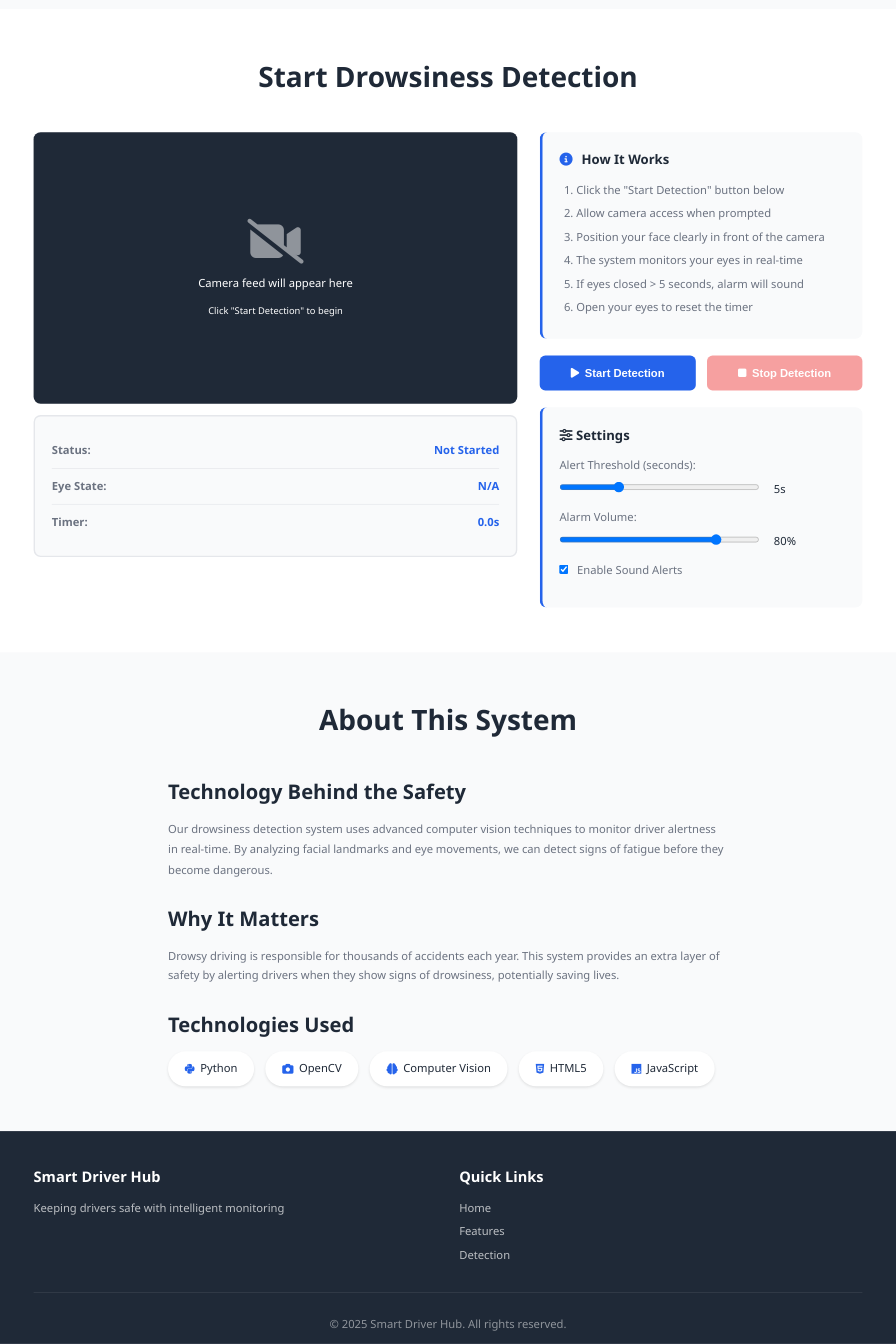
Repository: shravanramakunja/drowsy-detector
Page: web/index.html
These files come from the project's save history. The page is drawn as it stood at one moment and after the next save; the edit follows.
The browser window is 1280 px wide. The pictures show the part of the page from y = 1587 to 3507 px (the page is 3507 px tall before and 3449 px after), at 70% of full size.

Above is the page before, as saved 2025-10-16 14:46:30.

### web/index.html
<!DOCTYPE html>
<html lang="en">
<head>
    <meta charset="UTF-8">
    <meta name="viewport" content="width=device-width, initial-scale=1.0">
    <title>Smart Driver Hub - Drowsiness Detection</title>
    <link rel="stylesheet" href="styles.css">
    <link rel="stylesheet" href="https://cdnjs.cloudflare.com/ajax/libs/font-awesome/6.4.0/css/all.min.css">
</head>
<body>
    <div class="container">
        <!-- Header -->
        <header class="header">
            <div class="logo">
                <i class="fas fa-car"></i>
                <h1>Smart Driver Hub</h1>
            </div>
            <nav class="nav">
                <a href="#home" class="nav-link active">Home</a>
                <a href="#features" class="nav-link">Features</a>
                <a href="#detection" class="nav-link">Detection</a>
                <a href="#about" class="nav-link">About</a>
            </nav>
        </header>

        <!-- Hero Section -->
        <section id="home" class="hero">
            <div class="hero-content">
                <h2 class="hero-title">Drive Safe, Stay Alert</h2>
                <p class="hero-subtitle">Real-time drowsiness detection system to keep you safe on the road</p>
                <div class="hero-stats">
                    <div class="stat">
                        <i class="fas fa-shield-alt"></i>
                        <h3>100%</h3>
                        <p>Safety First</p>
                    </div>
                    <div class="stat">
                        <i class="fas fa-clock"></i>
                        <h3>Real-time</h3>
                        <p>Detection</p>
                    </div>
                    <div class="stat">
                        <i class="fas fa-bell"></i>
                        <h3>Instant</h3>
                        <p>Alerts</p>
                    </div>
                </div>
            </div>
        </section>

        <!-- Features Section -->
        <section id="features" class="features">
            <h2 class="section-title">Key Features</h2>
            <div class="features-grid">
                <div class="feature-card">
                    <i class="fas fa-eye"></i>
                    <h3>Eye Tracking</h3>
                    <p>Advanced eye detection using OpenCV to monitor your alertness</p>
                </div>
                <div class="feature-card">
                    <i class="fas fa-stopwatch"></i>
                    <h3>5-Second Detection</h3>
                    <p>Triggers alarm if eyes are closed for more than 5 seconds</p>
                </div>
                <div class="feature-card">
                    <i class="fas fa-volume-up"></i>
                    <h3>Audio Alerts</h3>
                    <p>Loud alarm sound to wake you up immediately</p>
                </div>
                <div class="feature-card">
                    <i class="fas fa-video"></i>
                    <h3>Live Video Feed</h3>
                    <p>Real-time camera monitoring with visual indicators</p>
                </div>
                <div class="feature-card">
                    <i class="fas fa-chart-line"></i>
                    <h3>Timer Display</h3>
                    <p>Shows countdown of how long eyes have been closed</p>
                </div>
                <div class="feature-card">
                    <i class="fas fa-cog"></i>
                    <h3>Easy to Use</h3>
                    <p>Simple interface with quick start and stop controls</p>
                </div>
                <!-- Fuel efficiency quick card -->
                <div class="feature-card">
                    <i class="fas fa-gas-pump"></i>
                    <h3>Fuel Efficiency Predictor</h3>
                    <p>Quickly estimate fuel efficiency based on vehicle data (demo)</p>
                    <button class="btn btn-secondary" id="predictBtn" onclick="openFuelModal()">Predict Fuel Efficiency</button>
                </div>
            </div>
        </section>

        <!-- Detection Section -->
        <section id="detection" class="detection">
            <h2 class="section-title">Start Drowsiness Detection</h2>
            <div class="detection-container">
                <div class="video-section">
                    <div class="video-placeholder" id="videoPlaceholder">
                        <i class="fas fa-video-slash"></i>
                        <p>Camera feed will appear here</p>
                        <small>Click "Start Detection" to begin</small>
                    </div>
                    <div class="status-panel">
                        <div class="status-item">
                            <span class="status-label">Status:</span>
                            <span class="status-value" id="statusValue">Not Started</span>
                        </div>
                        <div class="status-item">
                            <span class="status-label">Eye State:</span>
                            <span class="status-value" id="eyeState">N/A</span>
                        </div>
                        <div class="status-item">
                            <span class="status-label">Timer:</span>
                            <span class="status-value" id="timerValue">0.0s</span>
                        </div>
                    </div>
                </div>

                <div class="control-section">
                    <div class="info-box">
                        <h3><i class="fas fa-info-circle"></i> How It Works</h3>
                        <ol>
                            <li>Click the "Start Detection" button below</li>
                            <li>Allow camera access when prompted</li>
                            <li>Position your face clearly in front of the camera</li>
                            <li>The system monitors your eyes in real-time</li>
                            <li>If eyes closed &gt; 5 seconds, alarm will sound</li>
                            <li>Open your eyes to reset the timer</li>
                        </ol>
                    </div>

                    <div class="button-group">
                        <button class="btn btn-primary" id="startBtn" onclick="startDetection()">
                            <i class="fas fa-play"></i> Start Detection
                        </button>
                        <button class="btn btn-danger" id="stopBtn" onclick="stopDetection()" disabled>
                            <i class="fas fa-stop"></i> Stop Detection
                        </button>
                    </div>

                    <div class="settings-box">
                        <h3><i class="fas fa-sliders-h"></i> Settings</h3>
                        <div class="setting-item">
                            <label for="thresholdSlider">Alert Threshold (seconds):</label>
                            <input type="range" id="thresholdSlider" min="3" max="10" value="5" step="1">
                            <span id="thresholdValue">5</span>s
                        </div>
                        <div class="setting-item">
                            <label for="volumeSlider">Alarm Volume:</label>
                            <input type="range" id="volumeSlider" min="0" max="100" value="80" step="10">
                            <span id="volumeValue">80</span>%
                        </div>
                        <div class="setting-item">
                            <label>
                                <input type="checkbox" id="soundToggle" checked>
                                Enable Sound Alerts
                            </label>
                        </div>
                    </div>

                    <div class="alert-box" id="alertBox" style="display: none;">
                        <i class="fas fa-exclamation-triangle"></i>
                        <strong>DROWSINESS ALERT!</strong>
                        <p>Wake up! Your eyes have been closed too long.</p>
                    </div>
                </div>
            </div>
        </section>

        <!-- Fuel Prediction Modal -->
        <div id="fuelModal" class="modal" style="display:none;">
            <div class="modal-content">
                <span class="close" onclick="closeFuelModal()">&times;</span>
                <h3>Predict Fuel Efficiency (Demo)</h3>
                <p>Enter basic vehicle info to see a demo estimate.</p>
                <div class="form-grid">
                    <label>Engine Size (L)</label>
                    <input id="engineSize" type="number" step="0.1" value="2.0">
                    <label>Vehicle Weight (kg)</label>
                    <input id="vehicleWeight" type="number" value="1500">
                    <label>Horsepower (HP)</label>
                    <input id="horsepower" type="number" value="140">
                    <label>Transmission (0=Auto,1=Manual)</label>
                    <input id="transmission" type="number" value="0">
                    <label>Vehicle Type</label>
                    <select id="vehicleType">
                        <option value="sedan" selected>Sedan</option>
                        <option value="suv">SUV</option>
                        <option value="hatchback">Hatchback</option>
                        <option value="truck">Truck</option>
                        <option value="coupe">Coupe</option>
                        <option value="electric">Electric</option>
                    </select>
                </div>
                <div class="progress-bar" id="predictProgress" style="display:none;">
                    <div class="progress-fill" id="progressFill" style="width:0%"></div>
                </div>
                <div class="result-box" id="predictResult" style="display:none;">
                    <h4>Estimated Fuel Efficiency</h4>
                    <p id="fuelValue">-- km/l</p>
                    <div class="result-stats">
                        <div>City: <strong id="cityVal">--</strong></div>
                        <div>Highway: <strong id="highwayVal">--</strong></div>
                    </div>
                </div>
                <div class="modal-actions">
                    <button class="btn btn-primary" onclick="runFuelPrediction()">Predict</button>
                    <button class="btn" onclick="resetFuelModal()">Reset</button>
                </div>
            </div>
        </div>

        <!-- About Section -->
        <section id="about" class="about">
            <h2 class="section-title">About This System</h2>
            <div class="about-content">
                <div class="about-text">
                    <h3>Technology Behind the Safety</h3>
                    <p>Our drowsiness detection system uses advanced computer vision techniques to monitor driver alertness in real-time. By analyzing facial landmarks and eye movements, we can detect signs of fatigue before they become dangerous.</p>

                    <h3>Why It Matters</h3>
                    <p>Drowsy driving is responsible for thousands of accidents each year. This system provides an extra layer of safety by alerting drivers when they show signs of drowsiness, potentially saving lives.</p>

                    <h3>Technologies Used</h3>
                    <ul class="tech-list">
                        <li><i class="fab fa-python"></i> Python</li>
                        <li><i class="fas fa-camera"></i> OpenCV</li>
                        <li><i class="fas fa-brain"></i> Computer Vision</li>
                        <li><i class="fab fa-html5"></i> HTML5</li>
                        <li><i class="fab fa-js"></i> JavaScript</li>
                    </ul>
                </div>
            </div>
        </section>

        <!-- Footer -->
        <footer class="footer">
            <div class="footer-content">
                <div class="footer-section">
                    <h4>Smart Driver Hub</h4>
                    <p>Keeping drivers safe with intelligent monitoring</p>
                </div>
                <div class="footer-section">
                    <h4>Quick Links</h4>
                    <a href="#home">Home</a>
                    <a href="#features">Features</a>
                    <a href="#detection">Detection</a>
                </div>

            </div>
            <div class="footer-bottom">
                <p>&copy; 2025 Smart Driver Hub. All rights reserved.</p>
            </div>
        </footer>
    </div>

    <script src="script.js"></script>
</body>
</html>

### web/styles.css
* {
    margin: 0;
    padding: 0;
    box-sizing: border-box;
}

:root {
    --primary-color: #2563eb;
    --secondary-color: #1e40af;
    --success-color: #10b981;
    --danger-color: #ef4444;
    --warning-color: #f59e0b;
    --dark: #1f2937;
    --light: #f9fafb;
    --gray: #6b7280;
    --border: #e5e7eb;
}

body {
    font-family: 'Segoe UI', Tahoma, Geneva, Verdana, sans-serif;
    line-height: 1.6;
    color: var(--dark);
    background: linear-gradient(135deg, #667eea 0%, #764ba2 100%);
    min-height: 100vh;
}

.container {
    max-width: 1400px;
    margin: 0 auto;
    background: white;
    box-shadow: 0 20px 60px rgba(0,0,0,0.3);
}

/* Header */
.header {
    display: flex;
    justify-content: space-between;
    align-items: center;
    padding: 1.5rem 3rem;
    background: linear-gradient(135deg, var(--primary-color), var(--secondary-color));
    color: white;
    box-shadow: 0 4px 6px rgba(0,0,0,0.1);
}

.logo {
    display: flex;
    align-items: center;
    gap: 1rem;
}

.logo i {
    font-size: 2rem;
}

.logo h1 {
    font-size: 1.8rem;
    font-weight: 700;
}

.nav {
    display: flex;
    gap: 2rem;
}

.nav-link {
    color: white;
    text-decoration: none;
    font-weight: 500;
    transition: all 0.3s;
    padding: 0.5rem 1rem;
    border-radius: 5px;
}

.nav-link:hover,
.nav-link.active {
    background: rgba(255,255,255,0.2);
}

/* Hero Section */
.hero {
    padding: 4rem 3rem;
    background: linear-gradient(135deg, #667eea 0%, #764ba2 100%);
    color: white;
    text-align: center;
}

.hero-title {
    font-size: 3rem;
    margin-bottom: 1rem;
    font-weight: 800;
}

.hero-subtitle {
    font-size: 1.3rem;
    margin-bottom: 3rem;
    opacity: 0.9;
}

.hero-stats {
    display: flex;
    justify-content: center;
    gap: 4rem;
    flex-wrap: wrap;
}

.stat {
    text-align: center;
}

.stat i {
    font-size: 3rem;
    margin-bottom: 1rem;
}

.stat h3 {
    font-size: 2rem;
    margin-bottom: 0.5rem;
}

/* Section Styles */
.section-title {
    text-align: center;
    font-size: 2.5rem;
    margin-bottom: 3rem;
    color: var(--dark);
    font-weight: 700;
}

/* Features Section */
.features {
    padding: 4rem 3rem;
    background: var(--light);
}

.features-grid {
    display: grid;
    grid-template-columns: repeat(auto-fit, minmax(300px, 1fr));
    gap: 2rem;
}

.feature-card {
    background: white;
    padding: 2rem;
    border-radius: 10px;
    box-shadow: 0 4px 6px rgba(0,0,0,0.1);
    transition: transform 0.3s, box-shadow 0.3s;
    text-align: center;
}

.feature-card:hover {
    transform: translateY(-5px);
    box-shadow: 0 10px 20px rgba(0,0,0,0.15);
}

.feature-card i {
    font-size: 3rem;
    color: var(--primary-color);
    margin-bottom: 1rem;
}

.feature-card h3 {
    font-size: 1.5rem;
    margin-bottom: 1rem;
    color: var(--dark);
}

.feature-card p {
    color: var(--gray);
}

/* Detection Section */
.detection {
    padding: 4rem 3rem;
    background: white;
}

.detection-container {
    display: grid;
    grid-template-columns: 1.5fr 1fr;
    gap: 2rem;
}

.video-section {
    display: flex;
    flex-direction: column;
    gap: 1rem;
}

.video-placeholder {
    background: var(--dark);
    color: white;
    aspect-ratio: 16/9;
    border-radius: 10px;
    display: flex;
    flex-direction: column;
    justify-content: center;
    align-items: center;
    gap: 1rem;
    padding: 2rem;
}

.video-placeholder i {
    font-size: 4rem;
    opacity: 0.5;
}

.status-panel {
    background: var(--light);
    padding: 1.5rem;
    border-radius: 10px;
    border: 2px solid var(--border);
}

.status-item {
    display: flex;
    justify-content: space-between;
    padding: 0.75rem 0;
    border-bottom: 1px solid var(--border);
}

.status-item:last-child {
    border-bottom: none;
}

.status-label {
    font-weight: 600;
    color: var(--gray);
}

.status-value {
    font-weight: 700;
    color: var(--primary-color);
}

.control-section {
    display: flex;
    flex-direction: column;
    gap: 1.5rem;
}

.info-box,
.settings-box {
    background: var(--light);
    padding: 1.5rem;
    border-radius: 10px;
    border-left: 4px solid var(--primary-color);
}

.info-box h3,
.settings-box h3 {
    margin-bottom: 1rem;
    color: var(--dark);
}

.info-box i {
    color: var(--primary-color);
    margin-right: 0.5rem;
}

.info-box ol {
    padding-left: 1.5rem;
}

.info-box li {
    margin-bottom: 0.5rem;
    color: var(--gray);
}

.button-group {
    display: flex;
    gap: 1rem;
}

.btn {
    flex: 1;
    padding: 1rem 2rem;
    border: none;
    border-radius: 8px;
    font-size: 1rem;
    font-weight: 600;
    cursor: pointer;
    transition: all 0.3s;
    display: flex;
    align-items: center;
    justify-content: center;
    gap: 0.5rem;
}

.btn:disabled {
    opacity: 0.5;
    cursor: not-allowed;
}

.btn-primary {
    background: var(--primary-color);
    color: white;
}

.btn-primary:hover:not(:disabled) {
    background: var(--secondary-color);
    transform: translateY(-2px);
    box-shadow: 0 4px 8px rgba(0,0,0,0.2);
}

.btn-danger {
    background: var(--danger-color);
    color: white;
}

.btn-danger:hover:not(:disabled) {
    background: #dc2626;
    transform: translateY(-2px);
    box-shadow: 0 4px 8px rgba(0,0,0,0.2);
}

.setting-item {
    margin-bottom: 1rem;
}

.setting-item label {
    display: block;
    margin-bottom: 0.5rem;
    color: var(--gray);
    font-weight: 500;
}

.setting-item input[type="range"] {
    width: 70%;
    margin-right: 1rem;
}

.setting-item input[type="checkbox"] {
    margin-right: 0.5rem;
}

.alert-box {
    background: var(--danger-color);
    color: white;
    padding: 1.5rem;
    border-radius: 10px;
    text-align: center;
    animation: pulse 1s infinite;
}

.alert-box i {
    font-size: 2rem;
    display: block;
    margin-bottom: 0.5rem;
}

@keyframes pulse {
    0%, 100% { opacity: 1; }
    50% { opacity: 0.7; }
}

/* About Section */
.about {
    padding: 4rem 3rem;
    background: var(--light);
}

.about-content {
    max-width: 800px;
    margin: 0 auto;
}

.about-text h3 {
    color: var(--dark);
    margin: 2rem 0 1rem;
    font-size: 1.8rem;
}

.about-text p {
    color: var(--gray);
    margin-bottom: 1.5rem;
    line-height: 1.8;
}

.tech-list {
    list-style: none;
    display: flex;
    flex-wrap: wrap;
    gap: 1rem;
}

.tech-list li {
    background: white;
    padding: 0.75rem 1.5rem;
    border-radius: 25px;
    box-shadow: 0 2px 4px rgba(0,0,0,0.1);
    display: flex;
    align-items: center;
    gap: 0.5rem;
}

.tech-list i {
    color: var(--primary-color);
}

/* Footer */
.footer {
    background: var(--dark);
    color: white;
    padding: 3rem 3rem 1rem;
}

.footer-content {
    display: grid;
    grid-template-columns: repeat(auto-fit, minmax(250px, 1fr));
    gap: 2rem;
    margin-bottom: 2rem;
}

.footer-section h4 {
    margin-bottom: 1rem;
    font-size: 1.3rem;
}

.footer-section a {
    display: block;
    color: rgba(255,255,255,0.7);
    text-decoration: none;
    margin-bottom: 0.5rem;
    transition: color 0.3s;
}

.footer-section a:hover {
    color: white;
}

.footer-section p {
    color: rgba(255,255,255,0.7);
    margin-bottom: 0.5rem;
}

.footer-section i {
    margin-right: 0.5rem;
}

.footer-bottom {
    text-align: center;
    padding-top: 2rem;
    border-top: 1px solid rgba(255,255,255,0.1);
    color: rgba(255,255,255,0.5);
}

/* Responsive Design */
@media (max-width: 768px) {
    .header {
        flex-direction: column;
        gap: 1rem;
    }

    .nav {
        flex-wrap: wrap;
        justify-content: center;
    }

    .hero-title {
        font-size: 2rem;
    }

    .detection-container {
        grid-template-columns: 1fr;
    }

    .button-group {
        flex-direction: column;
    }
}

/* Modal for fuel prediction */
.modal {
    position: fixed;
    z-index: 9999;
    left: 0;
    top: 0;
    width: 100%;
    height: 100%;
    overflow: auto;
    background-color: rgba(0,0,0,0.5);
    display: flex;
    align-items: center;
    justify-content: center;
}
.modal-content {
    background: white;
    padding: 1.5rem;
    border-radius: 10px;
    width: 520px;
    max-width: 95%;
    box-shadow: 0 10px 30px rgba(0,0,0,0.2);
}
.modal .close {
    float: right;
    font-size: 1.5rem;
    cursor: pointer;
}
.form-grid {
    display: grid;
    grid-template-columns: 1fr 1fr;
    gap: 0.75rem 1rem;
    margin: 1rem 0;
}
.form-grid label { font-weight: 600; color: var(--gray); }
.form-grid input { padding: 0.5rem; border: 1px solid var(--border); border-radius: 6px; }
.modal-actions { display:flex; gap:0.75rem; justify-content:flex-end; margin-top:1rem; }
.progress-bar { background: var(--light); border-radius: 6px; overflow: hidden; height: 12px; margin: 0.5rem 0; border:1px solid var(--border); }
.progress-fill { height:100%; background: linear-gradient(90deg,var(--primary-color),var(--secondary-color)); width:0%; transition:width 0.2s; }
.result-box { background:#f8fafc; padding:0.75rem; border-radius:8px; border:1px solid var(--border); margin-top:0.5rem; }
.result-box h4 { margin-bottom:0.5rem; }
.result-stats { display:flex; gap:1rem; margin-top:0.5rem; }

Loaded but not shown: web/script.js (286 lines, source omitted)

After the next save:
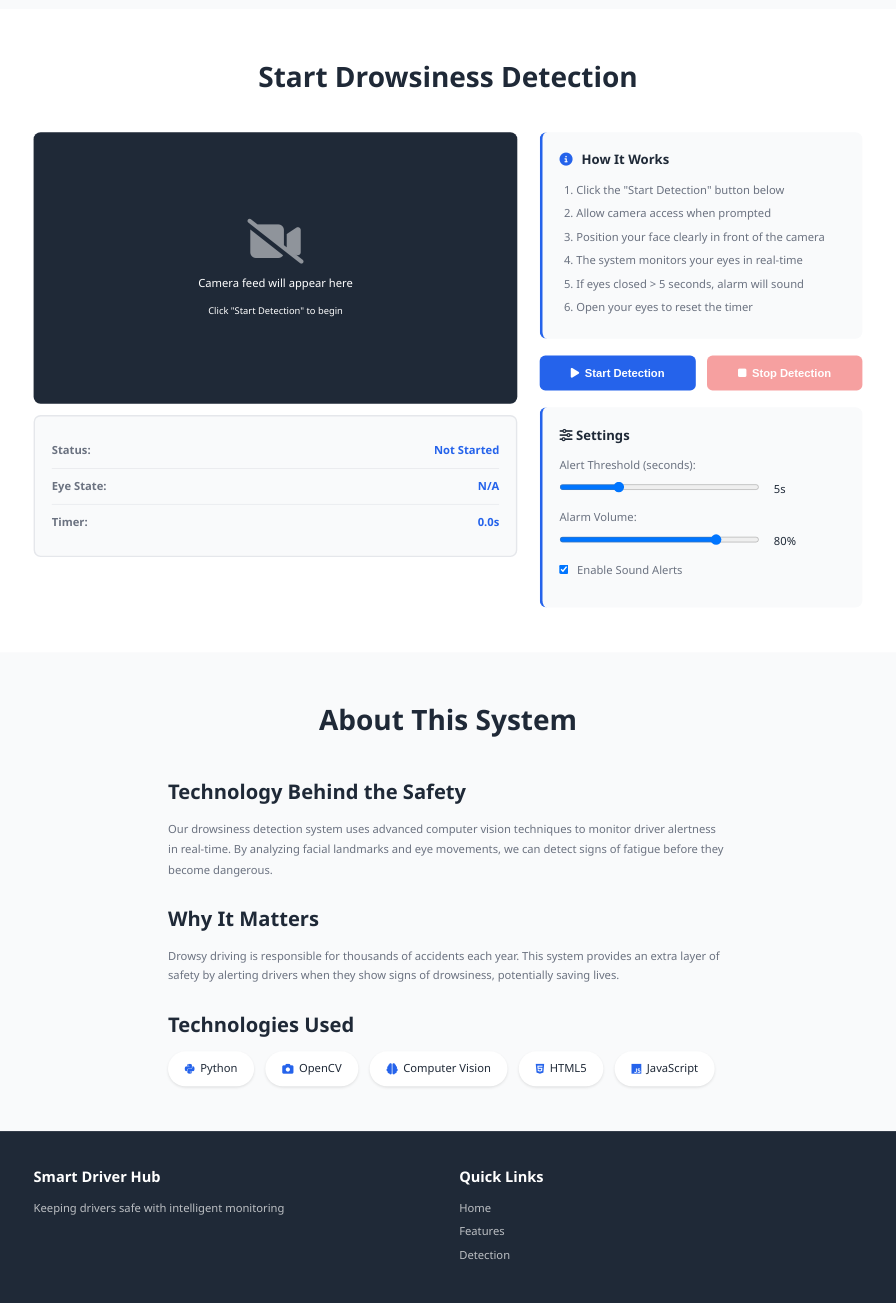
Saved 9 s later.
--- a/web/index.html
+++ b/web/index.html
@@ -249,10 +249,6 @@
                     <a href="#detection">Detection</a>
                 </div>
 
-            </div>
-            <div class="footer-bottom">
-                <p>&copy; 2025 Smart Driver Hub. All rights reserved.</p>
-            </div>
         </footer>
     </div>
 
